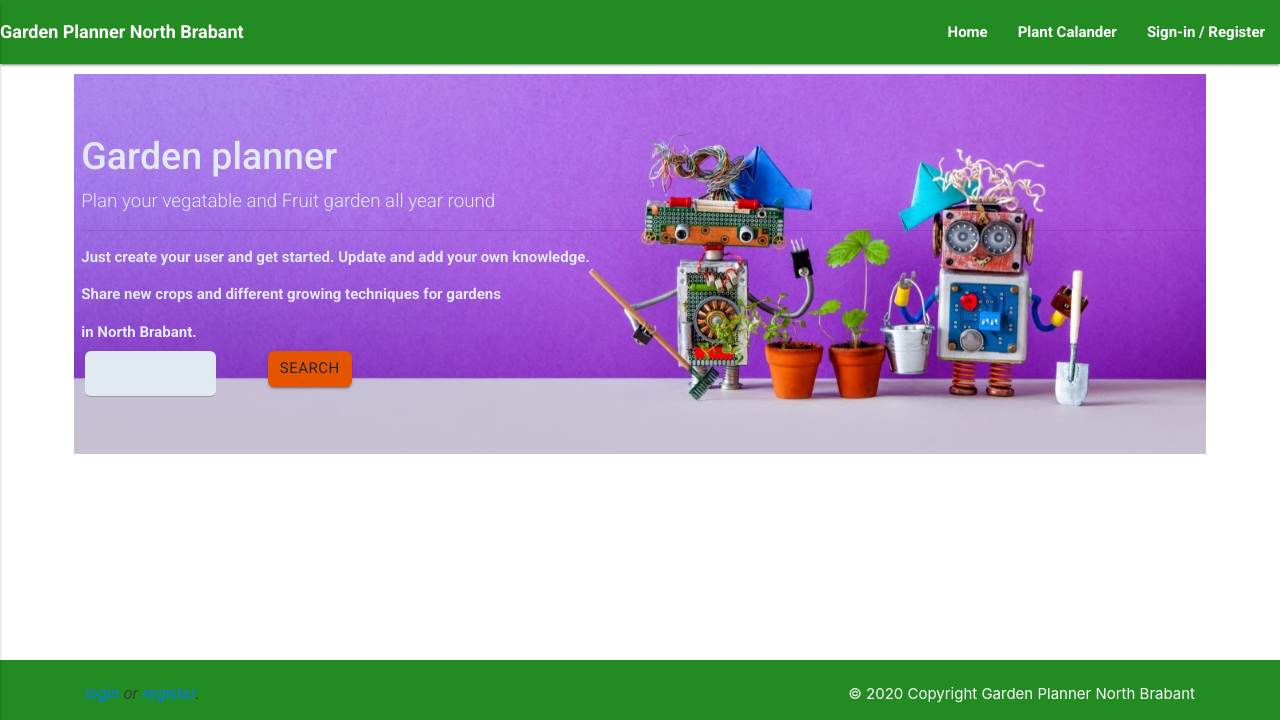
Repository: Lemoenskil/Milestone_project_3_Garden_planner
Page: http://localhost/
The author's editor kept a record of every edit. The page is drawn from the files as they stood at one moment, then again after the next edit.
The browser window is 1280 px wide. The pictures show the whole page.
Some web libraries are served in a nearby version. The page is served by the project's application, run on Flask 3 (app.py). Queries for data that is not in the repository find no rows.

Above is the page before.

After the next edit:
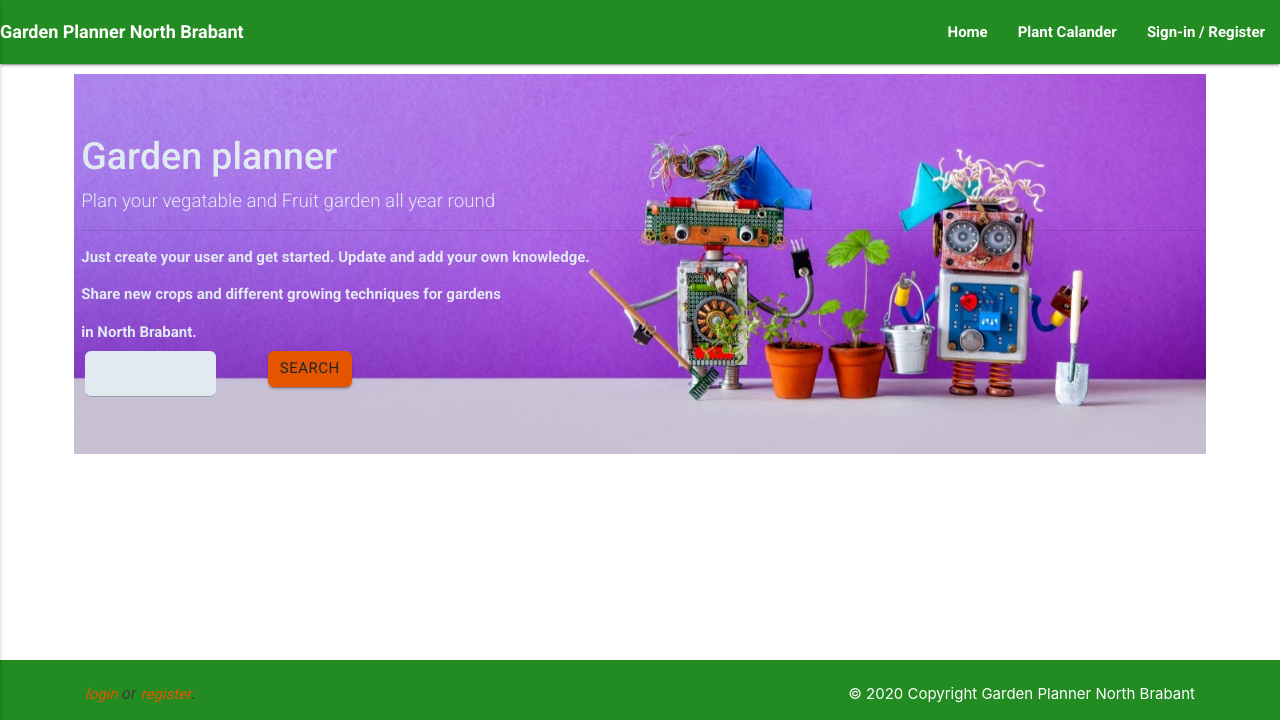
The edit:
--- a/static/css/style.css
+++ b/static/css/style.css
@@ -10,6 +10,14 @@
   flex: 1 0 auto;
 }
 
+a{
+    color: #E55500;
+    font-family: Roboto;
+    font-size: 600;
+}
+a:hover{
+    color: darkorange;
+}
 
 
 /*------------------------------------------------------------------Navbar------------- */
